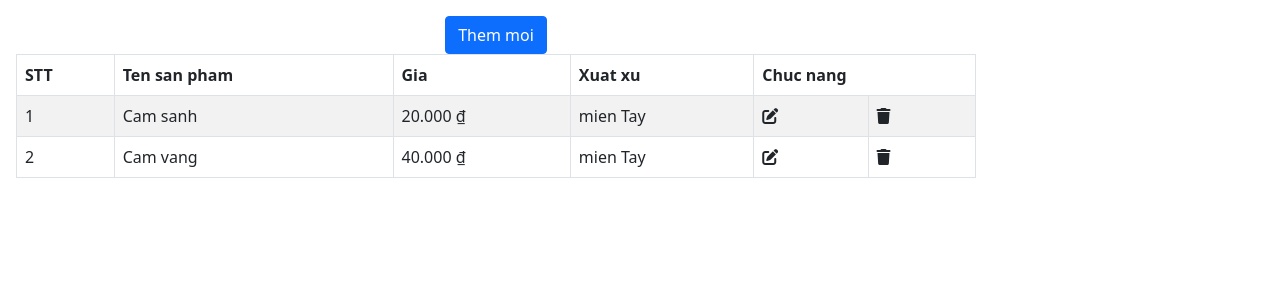
Repository: TinhTT336/MD02_Session12
Page: / (app in client/)
These files come from the project's save history. The page is drawn as it stood at one moment and after the next save; the edit follows.
The browser window is 1280 px wide. The pictures show the whole page.
The project was rebuilt for these pictures with package versions that can differ from the ones it lists, and the page was loaded fresh each time. Requests to the local data server were answered from the project's data file. Also part of the build but not shown: client/vite.config.js, client/src/App.css, client/src/index.css.

Above is the page before, as saved 2023-09-11 13:45:51.

After the next save:
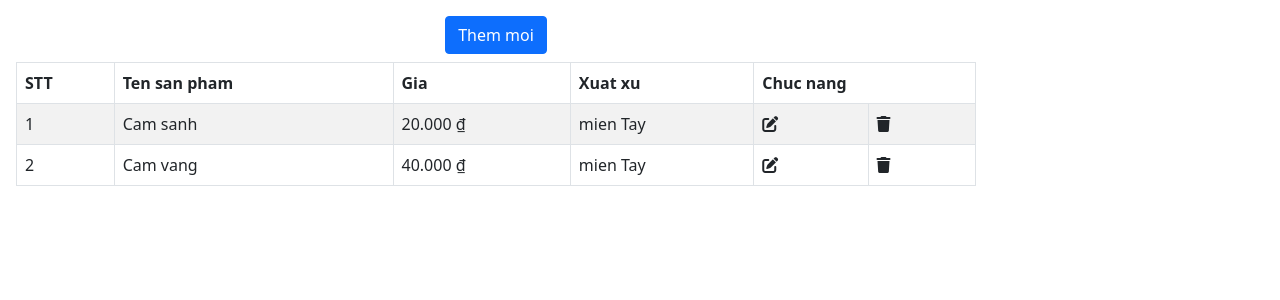
Saved 15 s later.
--- a/client/src/pages/product/ListProduct.jsx
+++ b/client/src/pages/product/ListProduct.jsx
@@ -35,7 +35,7 @@ export default function ListProduct() {
     return (
         <div className='w-75 d-flex align-items-center justify-content-center flex-column m-3'>
             <div >
-                <button className='btn btn-primary'>Them moi</button>
+                <button className='btn btn-primary mb-2'>Them moi</button>
             </div>
             <table className='table table-striped table-hover table-bordered'>
                 <thead>
